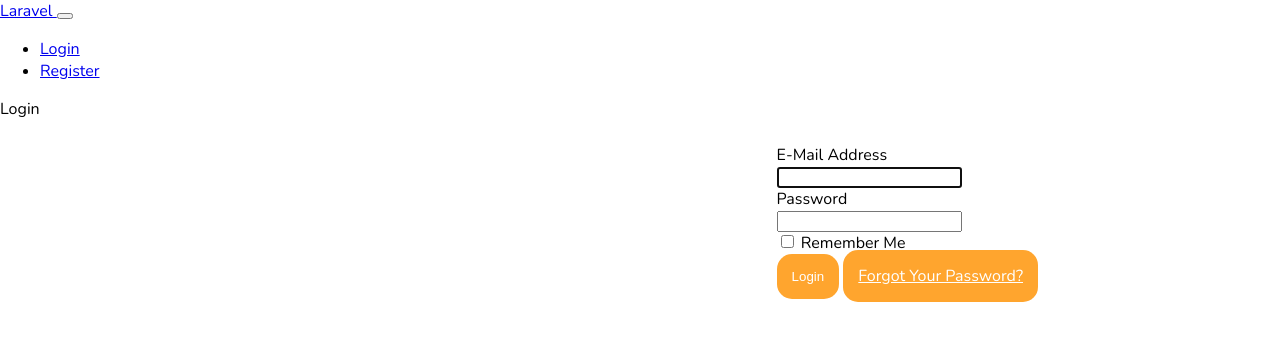
Repository: PatryxB/libraryBook
Page: http://localhost/login
The author's editor kept a copy of each file at every save. The page is drawn from the files as they stood at one save, then again after the next save.
The browser window is 1280 px wide. The pictures show the whole page.
The pointer rests on the first visible `.btn`.
The page is served by the project's Laravel application, run on PHP 8.4 with Laravel 8. Style sheets and scripts are compiled from the project's sources, by tool versions that may differ from the author's.

Above is the page before, as saved 2020-05-14 13:46:30.

After the next save:
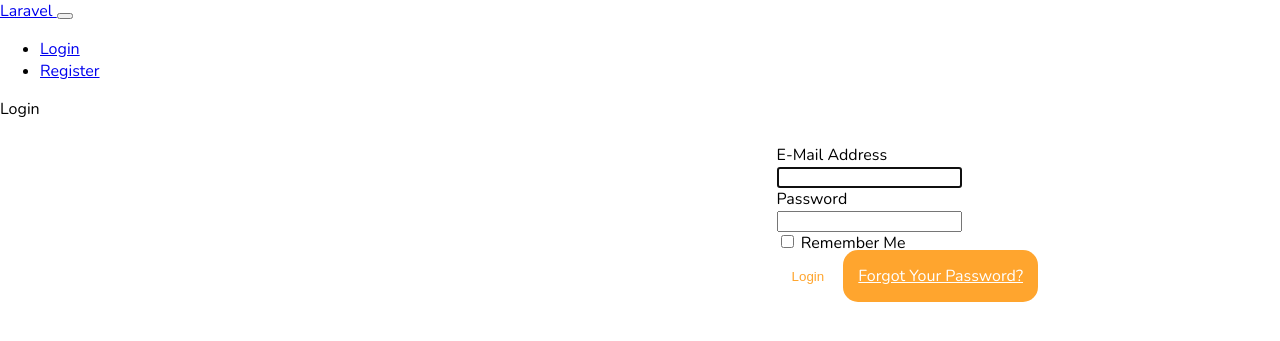
Saved 32 s later.
--- a/resources/sass/app.scss
+++ b/resources/sass/app.scss
@@ -40,3 +40,7 @@ form{
     border-radius: 15px;
     cursor: pointer;
 }
+.btn:hover{
+    background-color: white;
+    color: rgb(255, 165, 46);
+}
